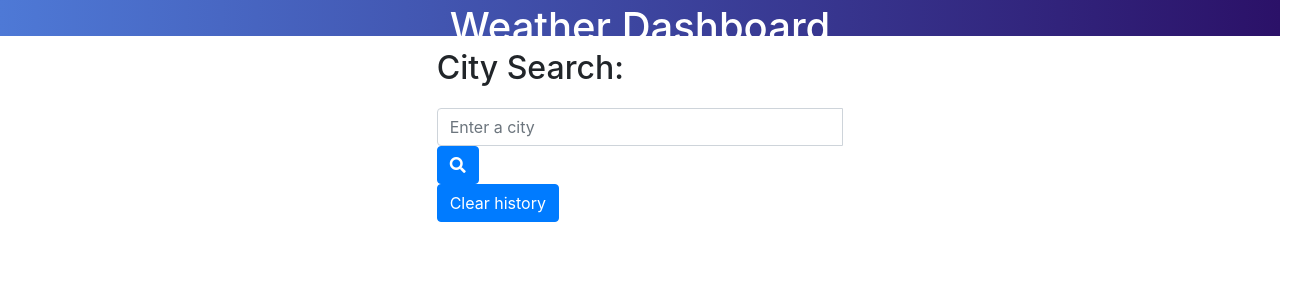
Repository: brenhamp/weather-dashboard
Page: index.html
The author's editor kept a copy of each file at every save. The page is drawn from the files as they stood at one save, then again after the next save.
The browser window is 1280 px wide. The page is 1295 px wide, so the pictures cover 1295 px, including what lies to the right of the window. The pictures show the whole page.
Some web libraries are served in a nearby version.

Above is the page before, as saved 2021-12-12 20:50:52.

After the next save:
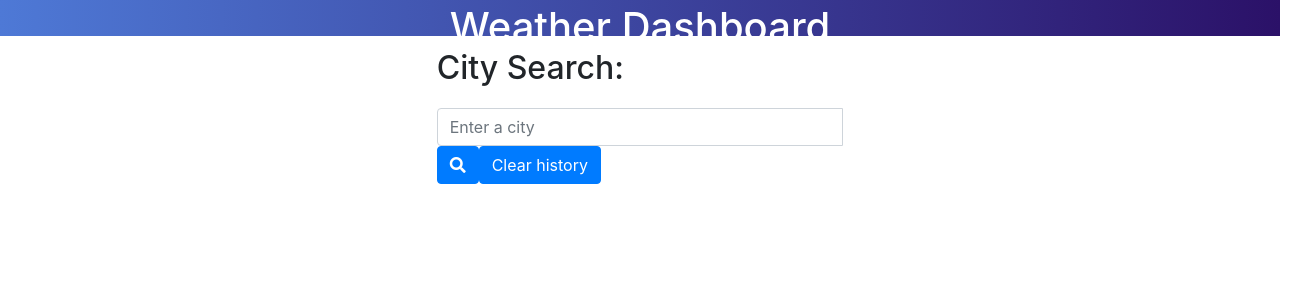
Saved 111 s later.
--- a/index.html
+++ b/index.html
@@ -23,10 +23,11 @@
                     <button class="btn btn-primary" type="button" id="search-button">
                         <i class="fas fa-search"></i>
                     </button>
-                </div>
-            </div>
+
+
 
             <button class="btn btn-primary" type="button" id="clear-history">Clear history</button>
+</div>  </div>
             <form id="history"></form>
 
         </div>
@@ -48,7 +49,6 @@
             <!-- hide forecast until needed -->
             <div id="five-day-forecast" class="d-none">
                 <h3>Five-Day Forecast</h3>
-
                 <div class="row">
                     <div class="forecast"></div>
                     <div class="forecast"></div>
@@ -56,7 +56,6 @@
                     <div class="forecast"></div>
                     <div class="forecast"></div>
                 </div>
-
             </div>
         </div>
     </div>
